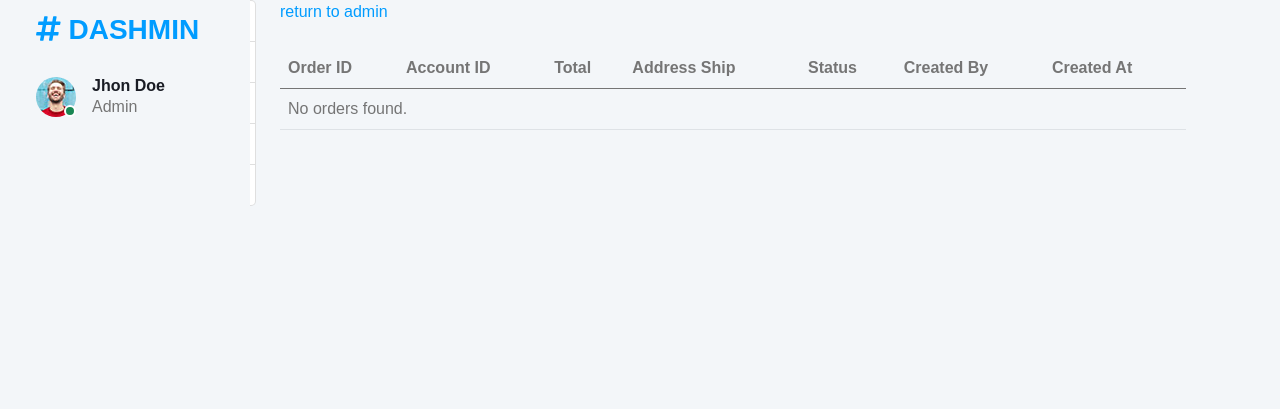
Repository: beovan/php1_ASM
Page: http://localhost/admin/order.php
The author's editor kept a copy of each file at every save. The page is drawn from the files as they stood at one save, then again after the next save.
The browser window is 1280 px wide. The pictures show the whole page.
Some web fonts or font styles are not loaded; a fallback is used. Some web libraries are served in a nearby version. The page is run by PHP 8.4 with error messages shown; the project is at /var/www/html/. The session is filled in as if someone had signed in: {"account_id": 1}. Queries for data that is not in the repository find no rows.

Above is the page before, as saved 2023-08-09 22:28:05.

After the next save:
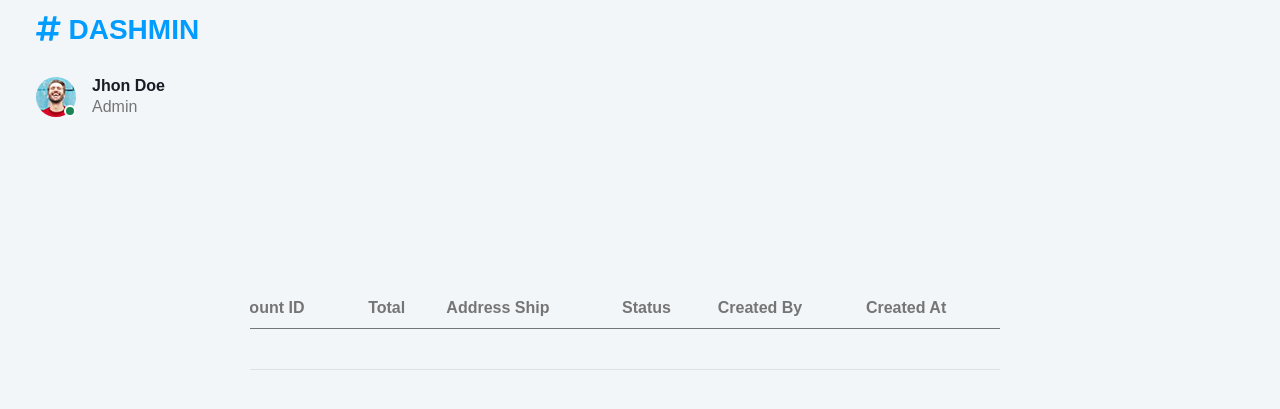
Saved 2 s later.
--- a/admin/layout/side_bar.php
+++ b/admin/layout/side_bar.php
@@ -1,18 +1,17 @@
-<div class="col col-lg-2">
-      <ul class="list-group">
-          <li class="list-group-item">
-          <a class= 'link' href="../admin/users.php">Users</a>
-        </li>
-          <li class="list-group-item">
-              <a class= 'link' href="../admin/categories.php">categories</a>
-          </li>
-          <li class="list-group-item">
-          <a class= 'link' href="../admin/products.php">products</a>
-          </li>
-          <li class="list-group-item">
-          <a class= 'link' href="../admin/order.php">Orders</a>
-          </li>
+<div class="navbar-nav w-100">
+                    <a href="index.html" class="nav-item nav-link active"><i class="fa fa-tachometer-alt me-2"></i>Dashboard</a>
 
-          <li class="list-group-item">Report</li>
-      </ul>
-  </div>
+                    <a href="widget.html" class="nav-item nav-link"><i class="fa fa-th me-2"></i>Widgets</a>
+                    <a href="form.html" class="nav-item nav-link"><i class="fa fa-keyboard me-2"></i>Forms</a>
+                    <a href="table.html" class="nav-item nav-link"><i class="fa fa-table me-2"></i>Tables</a>
+                    <a href="chart.html" class="nav-item nav-link"><i class="fa fa-chart-bar me-2"></i>Charts</a>
+                    <div class="nav-item dropdown">
+                        <a href="#" class="nav-link dropdown-toggle" data-bs-toggle="dropdown"><i class="far fa-file-alt me-2"></i>Pages</a>
+                        <div class="dropdown-menu bg-transparent border-0">
+                            <a href="signin.html" class="dropdown-item">Sign In</a>
+                            <a href="signup.html" class="dropdown-item">Sign Up</a>
+                            <a href="404.html" class="dropdown-item">404 Error</a>
+                            <a href="blank.html" class="dropdown-item">Blank Page</a>
+                        </div>
+                    </div>
+                </div>

After the save that followed:
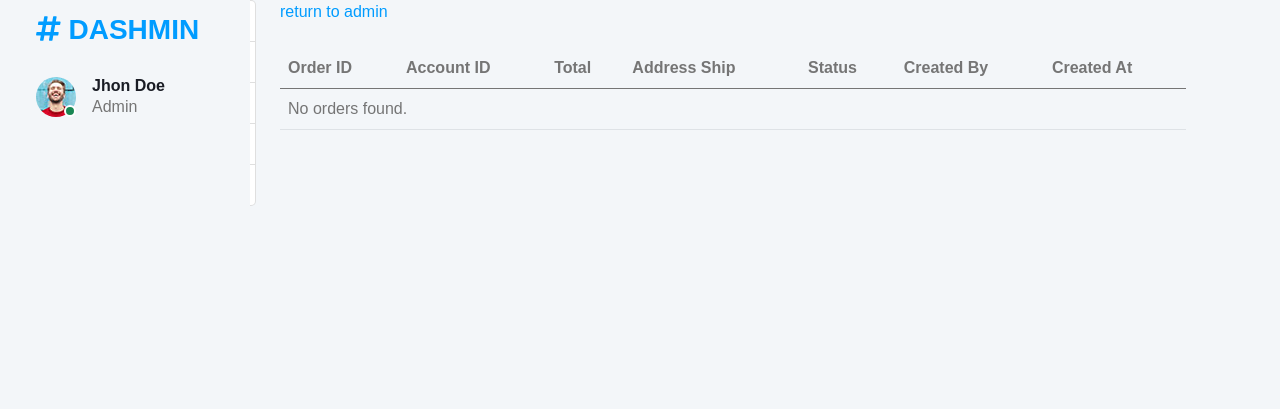
Saved 6 s later.
--- a/admin/layout/side_bar.php
+++ b/admin/layout/side_bar.php
@@ -1,17 +1,18 @@
-<div class="navbar-nav w-100">
-                    <a href="index.html" class="nav-item nav-link active"><i class="fa fa-tachometer-alt me-2"></i>Dashboard</a>
+<div class="col col-lg-2">
+      <ul class="list-group">
+          <li class="list-group-item">
+          <a class= 'link' href="../admin/users.php">Users</a>
+        </li>
+          <li class="list-group-item">
+              <a class= 'link' href="../admin/categories.php">categories</a>
+          </li>
+          <li class="list-group-item">
+          <a class= 'link' href="../admin/products.php">products</a>
+          </li>
+          <li class="list-group-item">
+          <a class= 'link' href="../admin/order.php">Orders</a>
+          </li>
 
-                    <a href="widget.html" class="nav-item nav-link"><i class="fa fa-th me-2"></i>Widgets</a>
-                    <a href="form.html" class="nav-item nav-link"><i class="fa fa-keyboard me-2"></i>Forms</a>
-                    <a href="table.html" class="nav-item nav-link"><i class="fa fa-table me-2"></i>Tables</a>
-                    <a href="chart.html" class="nav-item nav-link"><i class="fa fa-chart-bar me-2"></i>Charts</a>
-                    <div class="nav-item dropdown">
-                        <a href="#" class="nav-link dropdown-toggle" data-bs-toggle="dropdown"><i class="far fa-file-alt me-2"></i>Pages</a>
-                        <div class="dropdown-menu bg-transparent border-0">
-                            <a href="signin.html" class="dropdown-item">Sign In</a>
-                            <a href="signup.html" class="dropdown-item">Sign Up</a>
-                            <a href="404.html" class="dropdown-item">404 Error</a>
-                            <a href="blank.html" class="dropdown-item">Blank Page</a>
-                        </div>
-                    </div>
-                </div>
+          <li class="list-group-item">Report</li>
+      </ul>
+  </div>
